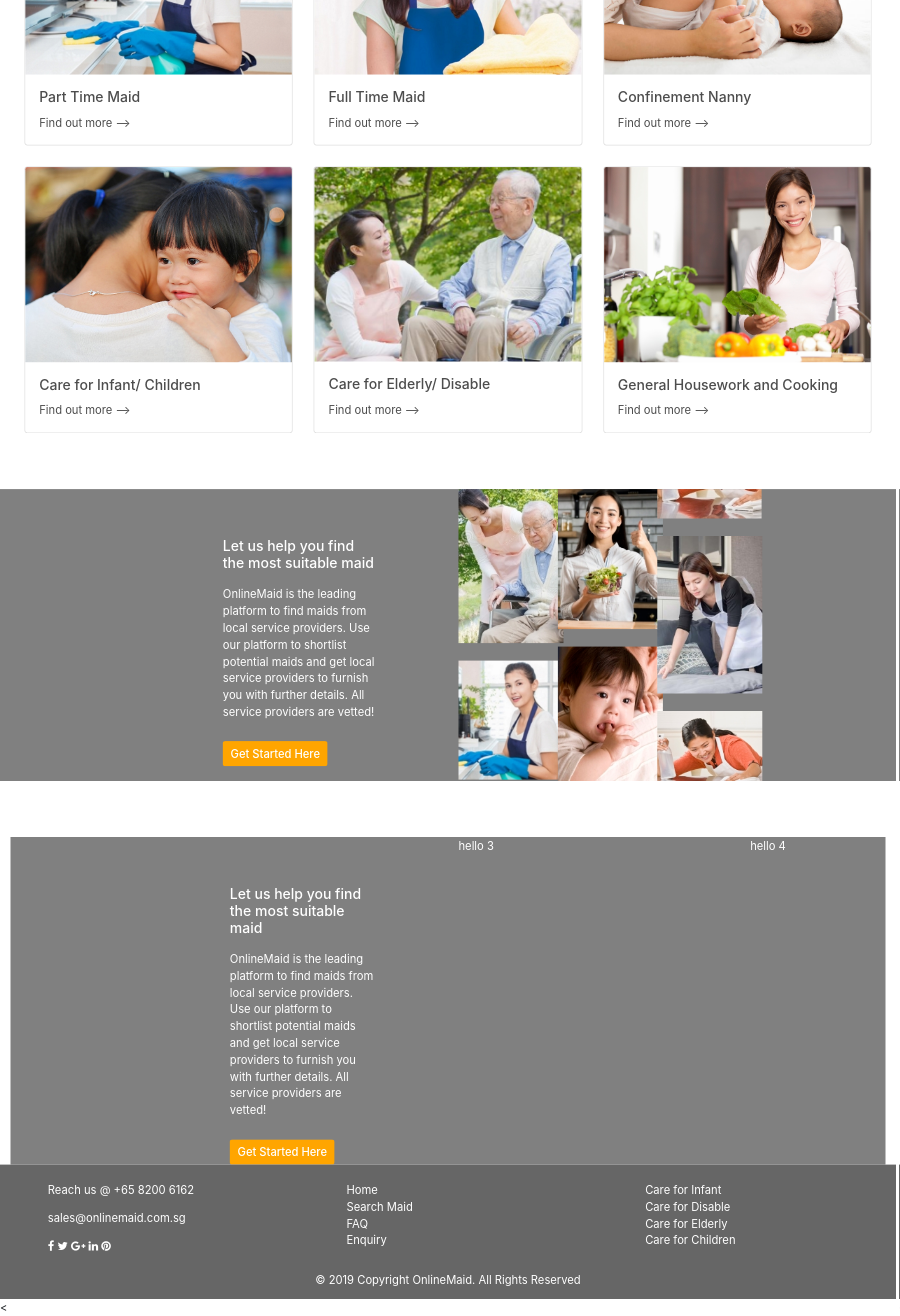
Repository: Code-Institute-Submissions/Project-1---Online-Maid
Page: index.html
The author's editor kept a record of every edit. The page is drawn from the files as they stood at one moment, then again after the next edit.
The browser window is 1280 px wide. The page is 1285 px wide, so the pictures cover 1285 px, including what lies to the right of the window. The pictures show the part of the page from y = 1294 to 3174 px (the page is 3174 px tall before and 2626 px after), at 70% of full size.
Some web libraries are served in a nearby version.

Above is the page before.

### index.html
<!DOCTYPE html>
<html lang="en">
<head>
    <meta charset="UTF-8">
    <meta name="viewport" content="width=device-width, initial-scale=1.0">
    <meta http-equiv="X-UA-Compatible" content="ie=edge">
    <link rel="stylesheet" href="https://stackpath.bootstrapcdn.com/bootstrap/4.3.1/css/bootstrap.min.css" type="text/css" />
    <link rel="stylesheet" href="https://stackpath.bootstrapcdn.com/font-awesome/4.7.0/css/font-awesome.min.css" type="text/css" />
    <link rel="stylesheet" href="https://cdnjs.cloudflare.com/ajax/libs/hover.css/2.1.1/css/hover-min.css" type="text/css" />
    <link rel="stylesheet" href="style.css" type="text/css" />
    <title>Online Maid</title>
</head>

<body>

<header>
  <nav class="navbar navbar-expand-lg navbar-light">
  <a class="navbar-brand" href="#"><img id="logo" class="pl-4 img-fluid d-md-block" src="images/logo.jpg" alt=""></a>
  <button class="navbar-toggler" type="button" data-toggle="collapse" data-target="#navbarSupportedContent" aria-controls="navbarSupportedContent" aria-expanded="false" aria-label="Toggle navigation">
    <span class="navbar-toggler-icon"></span>
  </button>

  <div class="collapse navbar-collapse" id="navbarSupportedContent">
    <ul class="navbar-nav mr-auto">
      <li class="nav-item active hvr-sweep-to-bottom">
        <a class="nav-link" href="index.html">Home</a>
      </li>
      <li class="nav-item hvr-sweep-to-bottom">
        <a class="nav-link" href="search.html">Search Maid</a>
      </li>
      <li class="nav-item hvr-sweep-to-bottom">
        <a class="nav-link" href="faq.html">FAQ</a>
      </li>
      <li class="nav-item hvr-sweep-to-bottom">
        <a class="nav-link" href="enquiry.html">Enquiry</a>
      </li>
    </ul>
  </div>
</nav>
</header>

<article>
  <section>
  <div class="jumbotron">
        <h1 class= "maids-portal">The No 1 Singapore Maid Portal</h1>
        <p class= "getStarted">More than 8000 maids for you to choose<br>Start your search now!</br></p>

  <div class="form-row">
      <div class = "col"></div>
      <div class="choose-type col-md-2 px-0">
        <select id="inputState" class="form-control">
        <option selected>Choose Type</option>
        <option>New</option>
        <option>Transfer</option>
        <option>Experience</option>
        <option>No Preference</option>
        </select>
      </div>

      <div class="nationality col-md-2 px-0">
        <select id="inputState" class="form-control">
        <option selected>Nationality</option>
        <option>Filipino</option>
        <option>Indonesian</option>
        <option>Indian</option>
        <option>Myanmarese</option>
        <option>Others</option>
        <option>No Preference</option>
        </select>
      </div>

      <div class="main-responsibility col-md-2 px-0">
        <select id="inputState" class="form-control">
        <option selected>Main Responsibility</option>
        <option>General housework</option>
        <option>Care for children</option>
        <option>Care for elderly</option>
        <option>Care for disabled</option>
        <option>Cooking</option>
        <option>No Preference</option>
        </select>
      </div>

      <button type="button" class="btn">Search</button>
      <div class = "col"></div>
  </div>
  </div>
  </section>

  <section>
    <h3 class="section-header">Steps</h3>
    <p class="steps-line">Create a shortlisted of potential maids and get the agencies to contact you directly</p>

    <div class="card-deck four-steps-container ">
      <div class="card">
        <div class="card-body steps-box">
          <p class="card-title">STEP 1</p>
          <p class="card-text">Browse maids based on your criteria</p>
          <i class="fa fa-search fa-5x"></i>
        </div>
      </div>

      <div class="card">
        <div class="card-body steps-box">
          <P class="card-title">STEP 2</P>
          <p class="card-text">Add potential hire to your shortlisted list</p>
          <i class="fa fa-search-plus fa-5x"></i>
        </div>
      </div>

      <div class="card">
        <div class="card-body steps-box">
          <p class="card-title">STEP 3</p>
          <p class="card-text">Send enquries to potential hire agencies</p>
          <i class="fa fa-envelope fa-5x"></i>
        </div>
      </div>

      <div class="card">
        <div class="card-body steps-box">
          <p class="card-title">STEP 4</p>
          <p class="card-text">Respective agencies will contact you</p>
          <i class="fa fa-phone-square fa-5x"></i>
        </div>
      </div>
    </div>
  </section>

  <section>
    <h3 class="section-header">Preference</h3>

    <div class="card-deck six-choices">
      <div class="card">
        <img class="card-img-top" src="images/partTime1.jpg" alt="Card image cap">
        <div class="card-body maid-experience">
          <h5 class="card-title">Part Time Maid</h5>
          <p class="card-text">Find out more --></p>
        </div>
      </div>

      <div class="card">
        <img class="card-img-top" src="images/fullTime1.jpg" alt="Card image cap">
        <div class="card-body maid-experience">
          <h5 class="card-title">Full Time Maid</h5>
          <p class="card-text">Find out more --></p>
        </div>
      </div>

      <div class="card">
        <img class="card-img-top" src="images/confinement.jpg" alt="Card image cap">
        <div class="card-body maid-experience">
          <h5 class="card-title">Confinement Nanny</h5>
          <p class="card-text">Find out more --></p>
        </div>
      </div>
    </div>

    <div class="card-deck six-choices">
      <div class="card">
        <img class="card-img-top" src="images/childrenCare1.jpg" alt="Card image cap">
        <div class="card-body maid-experience">
          <h5 class="card-title">Care for Infant/ Children</h5>
          <p class="card-text">Find out more --></p>
        </div>
      </div>

      <div class="card">
        <img class="card-img-top" src="images/elderlyCare1.jpg" alt="Card image cap">
        <div class="card-body maid-experience">
          <h5 class="card-title">Care for Elderly/ Disable</h5>
          <p class="card-text">Find out more --></p>
        </div>
      </div>

      <div class="card">
        <img class="card-img-top" src="images/cooking1.jpg" alt="Card image cap">
        <div class="card-body maid-experience">
          <h5 class="card-title">General Housework and Cooking</h5>
          <p class="card-text">Find out more --></p>
        </div>
      </div>
    </div>
  </section>

  <section>
    <div class="row enquiry-container">
  <div class="col-2 enquiry-box-1"></div>

  <div class="col-4 enquiry-box-2">
      <h5 class ="enquiry-header">Let us help you find the most suitable maid</h5>
      <p class ="enquiry-content">OnlineMaid is the leading platform to find maids from local service providers.  Use our platform to shortlist potential maids and get local service providers to furnish you with further details. All service providers are vetted!</p>
      <button type="button" class="btn enquiry-btn">Get Started Here</button>
    </div>

  <div class="col-4 enquiry-box-3">
      <div class="row picture-container">

        <div class="col-4 picture-col-1">
          <img class="card-img-top-1" src="images/enquiry1a.jpg" alt="Card image cap">
          <img class="card-img-top-2" src="images/enquiry2a.jpg" alt="Card image cap">
        </div>

        <div class="col-4 picture-col-2">
          <img class="card-img-top-3" src="images/enquiry3a.jpg" alt="Card image cap">
          <img class="card-img-top-4" src="images/enquiry4a.jpg" alt="Card image cap">
        </div>

        <div class="col-4 picture-col-3">
          <img class="card-img-top-5" src="images/enquiry5a.jpg" alt="Card image cap">
          <img class="card-img-top-6" src="images/enquiry6a.jpg" alt="Card image cap">
          <img class="card-img-top-7" src="images/enquiry7a.jpg" alt="Card image cap">
        </div>
      </div>
  </div>

  <div class="col-2 enquiry-box-4"></div>

</div>
  </section>

  <section>
  <div class="container-fluid">
    <div class="row enquiry-container">
      <div class="col-2 enquiry-box"></div>

      <div class="col-4 enquiry-box">
        <h5 class ="enquiry-header">Let us help you find the most suitable maid</h5>
        <p class ="enquiry-content">OnlineMaid is the leading platform to find maids from local service providers.  Use our platform to shortlist potential maids and get local service providers to furnish you with further details. All service providers are vetted!</p>
        <button type="button" class="btn enquiry-btn">Get Started Here</button>
      </div>

      <div class="col-4 enquiry-box">
        hello 3
      </div>

      <div class="col-2 enquiry-box">
        hello 4
      </div>
    </div>
  </div>
  </section>


</article>



<footer class="page-footer font-small footer-style pt-4">
  <div class="container-fluid text-center text-md-left">
    <div class="row d-flex justify-content-around">

      <div class="col-md-3 mt-md-0 mt-3">
        <p class="">Reach us @ +65 8200 6162</p>
        <p>sales@onlinemaid.com.sg</p>

        <!-- social -->
        <a href="#" class="social fa fa-facebook"></a>
        <a href="#" class="social fa fa-twitter"></a>
        <a href="#" class="social fa fa-google-plus"></a>
        <a href="#" class="social fa fa-linkedin"></a>
        <a href="#" class="social fa fa-pinterest"></a>
      </div>

      <div class="col-md-3 mb-md-0 mb-3">
        <ul class="list-unstyled">
          <li>
            <a href="index.html">Home</a>
          </li>
          <li>
            <a href="searchMaid.html">Search Maid</a>
          </li>
          <li>
            <a href="faq.html">FAQ</a>
          </li>
          <li>
            <a href="enquiry.html">Enquiry</a>
          </li>
        </ul>
      </div>

      <div class="col-md-3 mb-md-0 mb-3">
        <ul class="list-unstyled">
          <li>
            <a href="searchMaid.html">Care for Infant</a>
          </li>
          <li>
            <a href="searchMaid.html">Care for Disable</a>
          </li>
          <li>
            <a href="searchMaid.html">Care for Elderly</a>
          </li>
          <li>
            <a href="searchMaid.html">Care for Children</a>
          </li>
        </ul>
      </div>

    </div>
  </div>

  <div class="footer-copyright text-center py-3">© 2019 Copyright OnlineMaid.  All Rights Reserved</div>
</footer>



<
    <script src="https://code.jquery.com/jquery-3.3.1.slim.min.js" integrity="sha384-q8i/X+965DzO0rT7abK41JStQIAqVgRVzpbzo5smXKp4YfRvH+8abtTE1Pi6jizo" crossorigin="anonymous"></script>
    <script src="https://cdnjs.cloudflare.com/ajax/libs/popper.js/1.14.7/umd/popper.min.js" integrity="sha384-UO2eT0CpHqdSJQ6hJty5KVphtPhzWj9WO1clHTMGa3JDZwrnQq4sF86dIHNDz0W1" crossorigin="anonymous"></script>
    <script src="https://stackpath.bootstrapcdn.com/bootstrap/4.3.1/js/bootstrap.min.js" integrity="sha384-JjSmVgyd0p3pXB1rRibZUAYoIIy6OrQ6VrjIEaFf/nJGzIxFDsf4x0xIM+B07jRM" crossorigin="anonymous"></script>
</body>
</html>

### style.css
@import url('https://fonts.googleapis.com/css?family=Roboto:100,200,300,400,500,600,700|Exo:100,200,300,400,500,600,700');

/*overall*/
*{
    padding: 0;
    margin: 0;
    box-sizing: border-box;
}



/*header*/
#logo {
    height: 50px;
    max-width:100%;
}


.nav-item{
    padding: 0px 20px;
    font-weight:600;
    font-size: 18px;
}



/*footer*/
.footer-style{
    background: #666666;
}


.page-footer, .social{
    color:white;
}


.list-unstyled a {
   text-decoration: none;
   color:white;
}


.list-unstyled a:hover {
   color:orange;
}



/*Section 1-Banner*/
.maids-portal {
   text-align: center;
    font-size: 44px;
    font-weight: 600;
}


.getStarted{
    text-align: center;
    font-size: 20px;
    font-weight: 600;
}


.jumbotron {
    background-image: url("images/banner.jpg");
    background-size: cover;
    color: white;
    padding : 120px 0px;
    margin-bottom: 80px;
     }


.form-row {
    padding: 50px 0px 0px 0px;
}


.form-control {
    font-weight: 500;
    color: #808080;
}


.btn {
    background-color: orange;
    font-weight: 500;
    color: white;
    padding: 0px 20px;
}



/*section 2 - 4 Steps*/
.section-header {
    text-align: center;
    margin: 40px 0px 0px 0px ;
    line-height: 25px;
    color: #4d4d4d;
    font-weight: 700;
}


.steps-line{
    text-align: center;
    margin: 20px;
    line-height: 25px;
    color: #4d4d4d;
    font-weight: 400;
    font-size: 18px;
}


.four-steps-container {
    margin: 50px 200px 80px 200px;
}


.steps-box {
    background-color: orange;
    text-align: center;
    color: white;
    font-weight: 500
}


.i{
    font-size: 100px;
}



/*index.html section 3*/
.six-choices {
   margin: 30px 20px 30px 20px;
}



/*section 3- preference*/
.maid-experience {
    color: #4d4d4d;
}



/*section 4 - enquiry-box*/
.enquiry-container {
    min-height: 350px;
    background-color: #808080;
    color: white;
    margin: 80px 0px 0px;
    padding: 0px;
}


.enquiry-header {
    margin: 70px 90px 20px ;
}


.enquiry-content {
 font-size: 16px;
 margin: 0 90px 10px;
}


.enquiry-btn{
    color: #666666;
    background: orange;
    color: white;
    padding: 5px 10px;
    margin: 20px 90px 0px;
}

.card-img-top-1 {
    padding: 0px;
    margin: 0px 0px 25px 0px;
    border: none;
}


.card-img-top-3 {
    padding: 0px;
    margin: 0px 0px 25px 0px;
    border: none;
}


.card-img-top-5 {
    padding: 0px;
    margin: 0px 0px 25px 0px;
    border: none;
}


.card-img-top-6 {
    padding: 0px;
    margin: 0px 0px 25px 0px;
    border: none;
}

After the next edit:
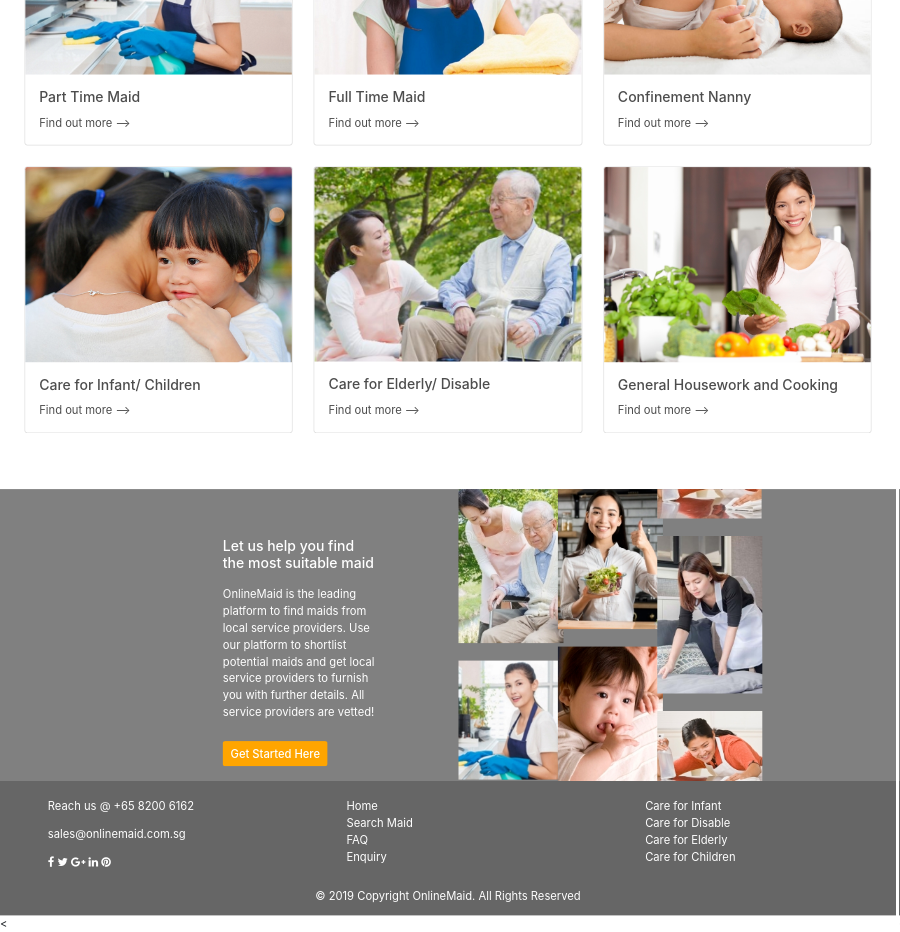
The edit:
--- a/index.html
+++ b/index.html
@@ -218,28 +218,6 @@
 </div>
   </section>
 
-  <section>
-  <div class="container-fluid">
-    <div class="row enquiry-container">
-      <div class="col-2 enquiry-box"></div>
-
-      <div class="col-4 enquiry-box">
-        <h5 class ="enquiry-header">Let us help you find the most suitable maid</h5>
-        <p class ="enquiry-content">OnlineMaid is the leading platform to find maids from local service providers.  Use our platform to shortlist potential maids and get local service providers to furnish you with further details. All service providers are vetted!</p>
-        <button type="button" class="btn enquiry-btn">Get Started Here</button>
-      </div>
-
-      <div class="col-4 enquiry-box">
-        hello 3
-      </div>
-
-      <div class="col-2 enquiry-box">
-        hello 4
-      </div>
-    </div>
-  </div>
-  </section>
-
 
 </article>
 
